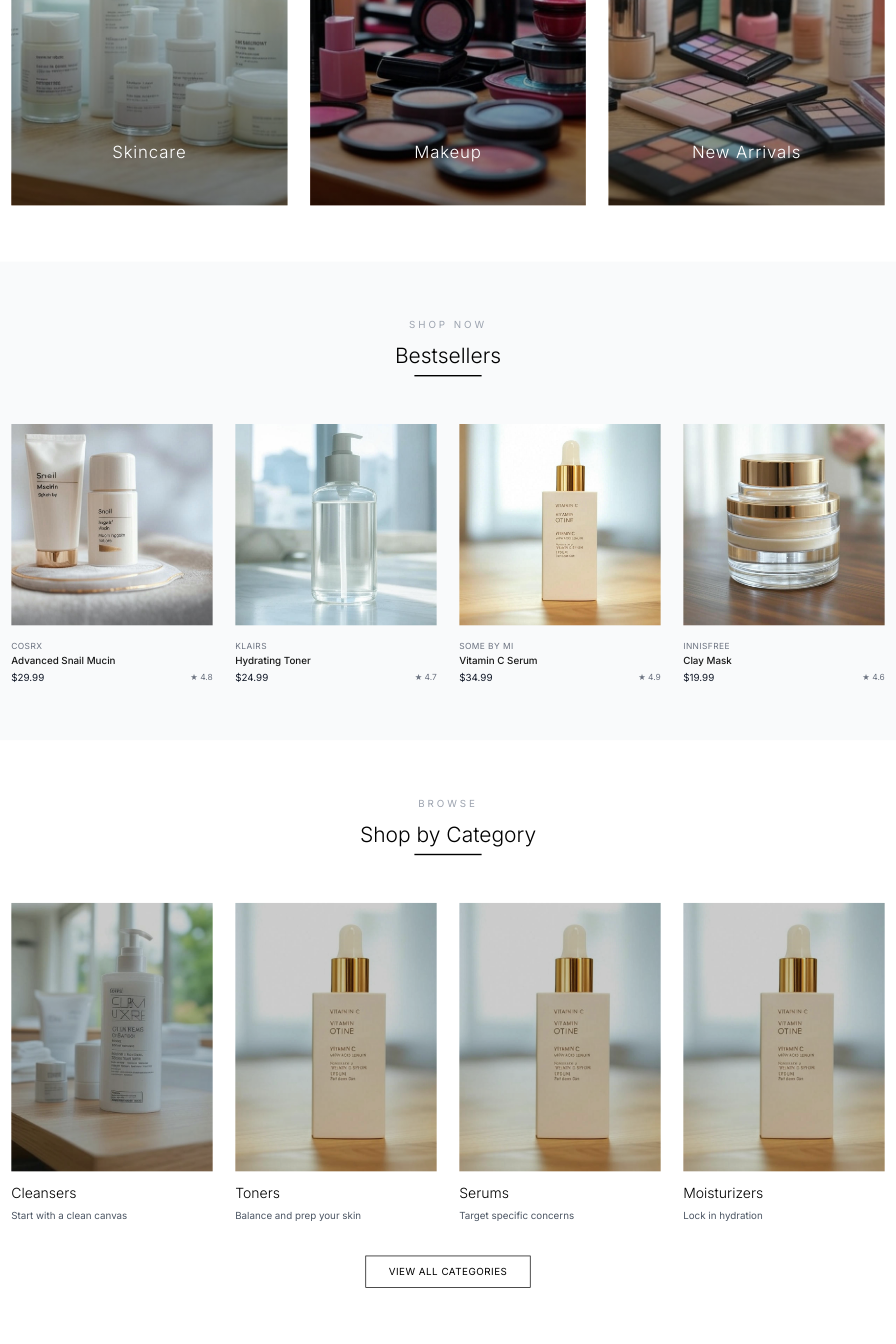
Repository: Innovate-X-ab/ImpresionKBeauty
Page: /
The author's editor kept a copy of each file at every save. The page is drawn from the files as they stood at one save, then again after the next save.
The browser window is 1280 px wide. The pictures show the part of the page from y = 1184 to 3104 px (the page is 3104 px tall), at 70% of full size.
The project was rebuilt for these pictures with package versions that can differ from the ones it lists, and the page was loaded fresh each time. The framework's server and built-in components were replaced by stand-ins that run in the browser. Also part of the build but not shown: next.config.ts.

Above is the page before, as saved 2025-02-23 22:56:16.

After the next save:
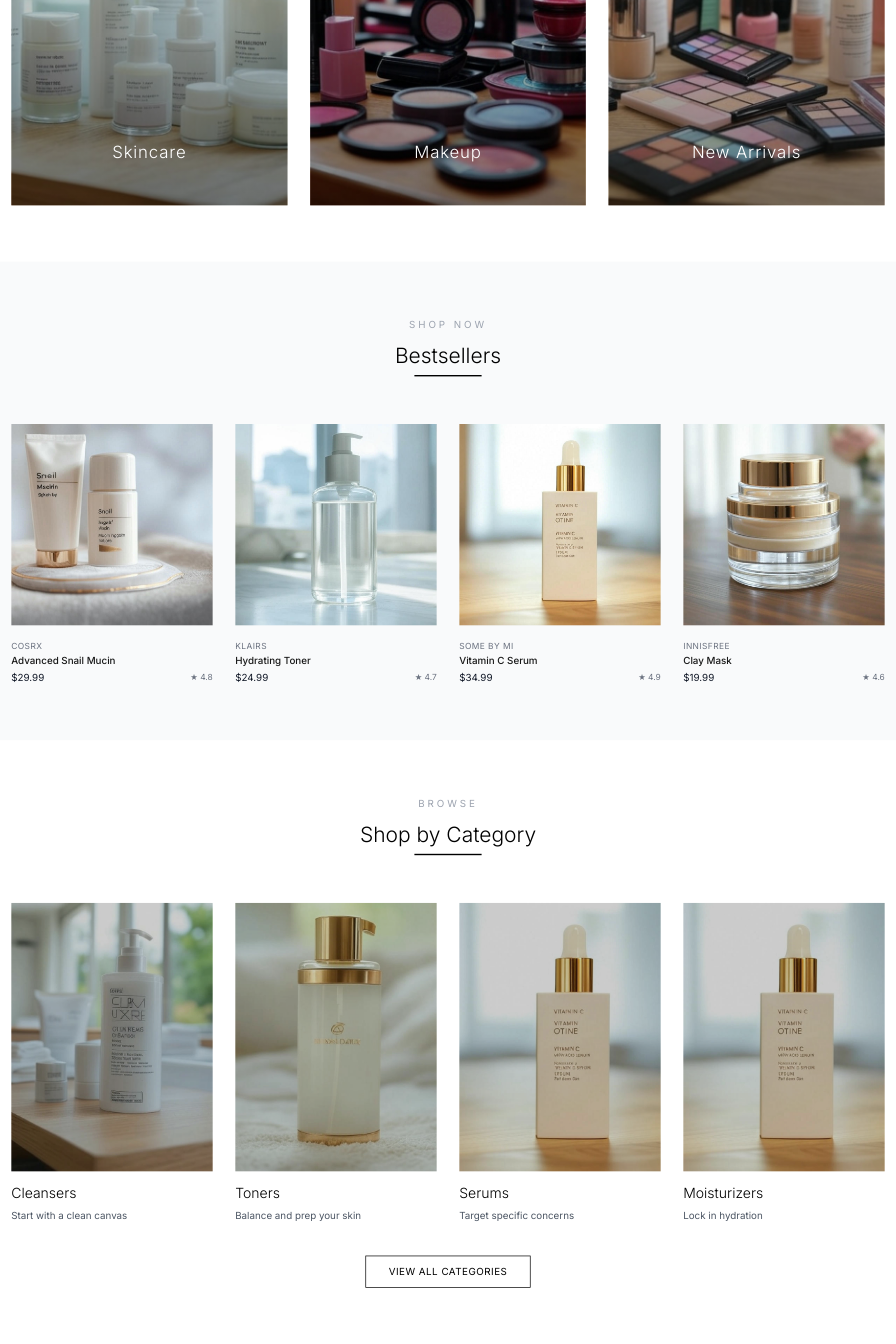
Saved 76 s later.
--- a/src/app/page.tsx
+++ b/src/app/page.tsx
@@ -15,7 +15,7 @@ const ShopByCategory = () => {
     },
     {
       name: 'Toners',
-      image: '/images/products/vitamin-c.jpg',
+      image: '/images/products/toners.jpg',
       description: 'Balance and prep your skin',
       link: '/collections/toners'
     },
